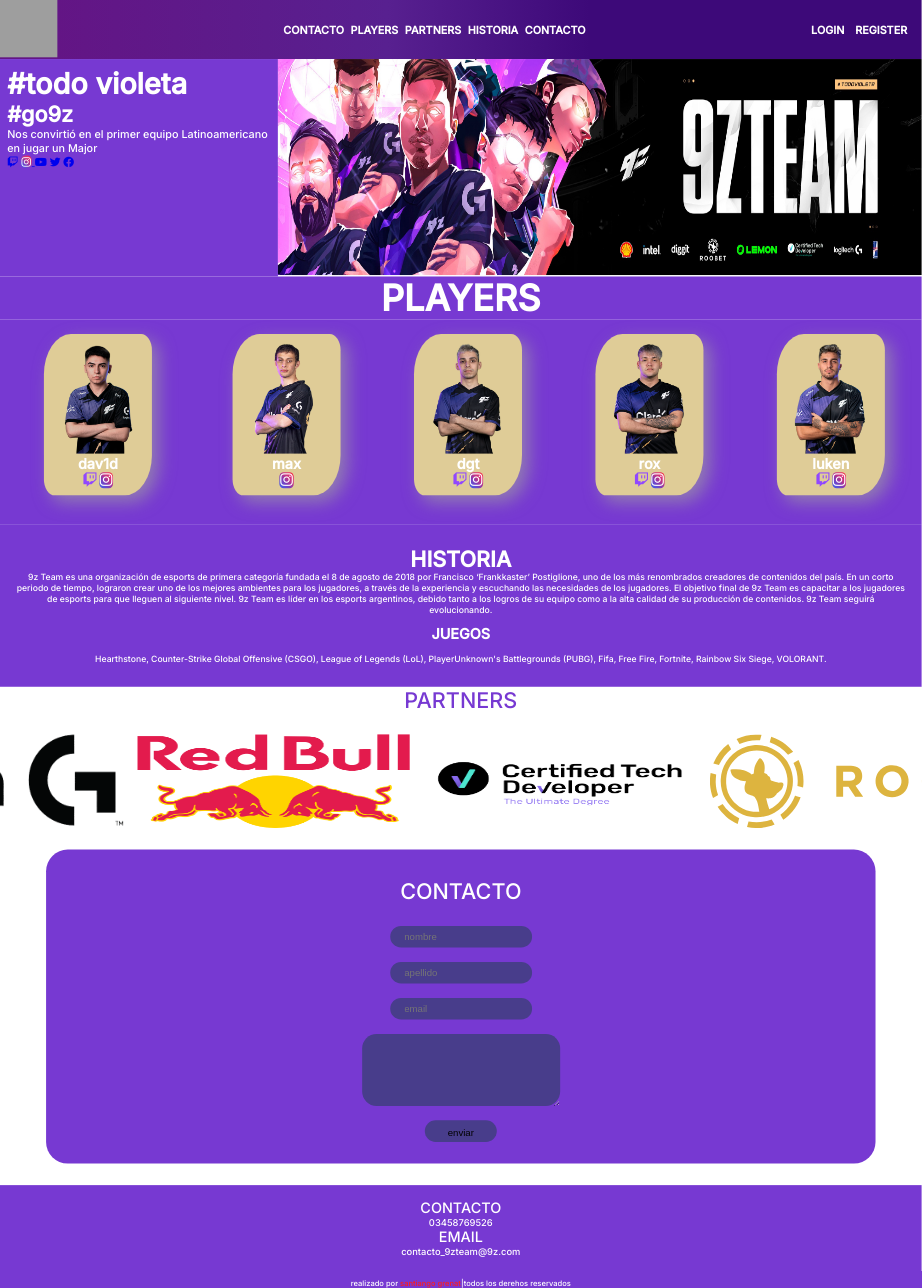
Repository: santig20/trabajo-practico-integrador-nuncba-html-css-
Page: index.html
These files come from the project's save history. The page is drawn as it stood at one moment and after a run of saves; the edit follows.
The browser window is 1280 px wide. The pictures show the whole page, at 72% of full size.
Pictures or frames that could not be fetched are drawn as grey boxes. Some web libraries are served in a nearby version.

Above is the page before, as saved 2022-06-25 10:13:08.

### index.html
<!DOCTYPE html>
<html lang="es">
  <head>
    <meta charset="UTF-8" />
    <meta http-equiv="X-UA-Compatible" content="IE=edge" />
    <meta name="viewport" content="width=device-width, initial-scale=1.0" />
    <link rel="stylesheet" href="./style.css" />
    <link rel="shortcut icon" href="./assets/9zteam_logo - copia.ico" type="image/x-icon">
    <link
    rel="stylesheet"
    href="./table.css"
    media="screen and (min-width: 600px)"
  />
  <link
    rel="stylesheet"
    href="./desktop.css"
    media="screen and (min-width: 800px)"
  />
    <link rel="stylesheet" href="path/to/font-awesome/css/font-awesome.min.css">
    <link rel="stylesheet" href="https://use.fontawesome.com/releases/v5.0.7/css/all.css">
    <link rel="stylesheet" href="https://cdnjs.cloudflare.com/ajax/libs/font-awesome/6.1.1/css/all.min.css" integrity="sha512-KfkfwYDsLkIlwQp6LFnl8zNdLGxu9YAA1QvwINks4PhcElQSvqcyVLLD9aMhXd13uQjoXtEKNosOWaZqXgel0g==" crossorigin="anonymous" referrerpolicy="no-referrer" class="__web-inspector-hide-shortcut__">
    <link rel="preconnect" href="https://fonts.googleapis.com">
<link rel="preconnect" href="https://fonts.gstatic.com" crossorigin>
<link href="https://fonts.googleapis.com/css2?family=Inter:wght@300;500&family=Work+Sans:wght@400;500;700&display=swap" rel="stylesheet">
    <title>9Z TEAM</title>
  </head>
  <body>
    <!--👉 Debe contener un navbar que navegue las diversas secciones de la web.
    👉 Debe contener una portada alusiva a la temática de nuestra app.
    👉 Una sección de imágenes.
    👉 Una sección de contacto.
    👉 Un footer.
    👉 Una página para loguearse.
    👉 Una página para registrarse.
    👉 Ser responsive.
    👉 Estar deployado en vercel.  -->

    <header>
      <div class="img_header">
        <img src="./assets/9zteam_logo.png" alt="" />
      </div>
      <nav>
        <div class="navmain" id="menu" >
          <ul>
            <li> <a href="">contacto</a></li>
            <li><a href=""> Players</a></li>
            <li><a href="">Partners</a></li>
            <li><a href="">historia</a></li>
            <li><a href="">contacto</a></li>
          </ul>
        </div>
           </nav>
        <div class="registro_container">
          <ul>
          <li><a href="./registro.html">login </a></li>
         <li><a href="./registro.html">register </a></li>
        </ul>
        </div>


    </header>

    <main>
      <section class="hero_section">
        <div class="texto_hero">
          <h1>#todo violeta</h1>
          <h2>#go9z</h2>
          <p>
           Nos  convirtió en el primer equipo Latinoamericano en jugar un Major
          </p>
          <div class="redes">
            <a href="https://www.twitch.tv/9zteam"><i class="fa-brands fa-twitch" target="_blank" ></i></a>
            <a href="https://www.instagram.com/9zteam/?hl=es-la"  target="_blank"><i class="fa-brands fa-instagram" id="instagram"></i> </a>
<a href="https://www.youtube.com/c/9zTeam"><i class="fa-brands fa-youtube"></i></a>
<a href="https://twitter.com/9zTeam"><i class="fa-brands fa-twitter"></i></a>
<a href="https://www.facebook.com/9zteam"> <i class="fa-brands fa-facebook"></i></a>
          </div>
        </div>
        <div class="img_hero">
          <img src="./assets/fondo9z.jpg" alt="" />
        </div>


      </section>
      <section class="players">
        <div class="texto_players">
             <span>
              players
             </span>
          </div>
        <div class="player_container">

 <div class="player_david">
  <img src="./assets/david.png" alt="">
  <p>dav1d</p>
  <a href="https://www.twitch.tv/dav1dcs1"><i class="fa-brands fa-twitch" target="_blank" ></i></a>
  <a href="https://www.instagram.com/dav1dcs1/"  target="_blank"><i class="fa-brands fa-instagram" id="instagram"></i> </a>
     </div>
 <div class="player_max">
<img src="./assets/max.png" alt="">
<p>
    max
</p>
<a href="https://www.instagram.com/maxgzez/"  target="_blank"><i class="fa-brands fa-instagram " id="instagram"></i> </a>

 </div>
 <div class="player_dgt">
<img src="./assets/dgt.png" alt="">
<p>
    dgt
</p>
<a href="https://www.twitch.tv/dgtcsgo"><i class="fa-brands fa-twitch" target="_blank" ></i></a>
<a href="https://www.instagram.com/franmanu_/"  target="_blank"><i class="fa-brands fa-instagram" id="instagram"></i> </a>

 </div>
 <div class="player_rox">
<img src="./assets/rox.png" alt="">
<p>
    rox
</p>
<a href="https://www.twitch.tv/roxcsgo1"><i class="fa-brands fa-twitch" target="_blank" ></i></a>
<a href="https://www.instagram.com/_molinamartin"  target="_blank"><i class="fa-brands fa-instagram " id="instagram"></i> </a>

 </div>
 <div class="player_luken">

<img src="./assets/luken.png" alt="">

 <p>luken</p>
<a href="https://www.twitch.tv/luken"><i class="fa-brands fa-twitch" target="_blank" ></i></a>
<a href="https://www.instagram.com/lucanadotti/"  target="_blank"><i class="fa-brands fa-instagram" id="instagram"></i> </a>

 </div>

        </div>

      </section>
      <section class="history">
        <div class="historia_content">
<h3>
    historia
</h3>
 <p>
    9z Team es una organización de esports de primera categoría fundada el 8 de agosto de 2018 por Francisco ‘Frankkaster’ Postiglione, uno de los más renombrados creadores de contenidos del país. En un corto periodo de tiempo, lograron crear uno de los mejores ambientes para los jugadores, a través de la experiencia y escuchando las necesidades de los jugadores. El objetivo final de 9z Team es capacitar a los jugadores de esports para que lleguen al siguiente nivel. 9z Team es líder en los esports argentinos, debido tanto a los logros de su equipo como a la alta calidad de su producción de contenidos. 9z Team seguirá evolucionando.
 </p>

               <h4>juegos </h4>
               <p>Hearthstone, Counter-Strike Global Offensive (CSGO), League of Legends (LoL), PlayerUnknown's Battlegrounds (PUBG), Fifa, Free Fire, Fortnite, Rainbow Six Siege, VOLORANT.</p>
</div>
      </section>
      <section class="partners">
       <p> partners</p>
<div class="fotos">
  <figure>
    <img src="./assets/images-removebg-preview.png" alt="">
    <img src="./assets/lemon.png" alt="">
    <img src="./assets/logitech-removebg-preview.png" alt="">
    <img src="./assets/red-bull-logo-2-1-removebg-preview.png" alt="">
    <img src="./assets/CTD-removebg-preview.png" alt="">
    <img src="./assets/roobet.svg" alt="">
    <img src="./assets/289-removebg-preview.png" alt="">
    <img src="./assets/Logo-Shell-removebg-preview.png" alt="">
    <img src="./assets/images-removebg-preview.png" alt="">
    </figure>
</div>
      </section>
      <section class="contacto">

    <p>
      contacto
    </p>
<form class="contacto_container"action="">
  <input type="text" placeholder="nombre">
  <input type="text" placeholder="apellido">
  <input type="text" placeholder="email">
  <textarea name="" id="" cols="30" rows="10"></textarea>
 <button type="submit"> enviar</button>
</form>


      </section>
    </main>

    <footer>
      <div class="footer_text">
     <span>
      contacto
     </span>
     <p>
      03458769526
     </p>
     <span>
      email
     </span>
     <p>
      contacto_9zteam@9z.com
     </p>
      </div>
     <p class="programador">
      realizado por  <a href="https://www.instagram.com/santigrenat/"> santiango grenat</a>|todos los derehos reservados
     </p>
    </footer>

  </body>
</html>

### style.css
* {
    padding: 0;
    margin: 0;
    box-sizing: border-box;
}
html {
    font-size: 62.5%;
    list-style: none;
    text-decoration: none;
    font-family: 'inter';

}

 /* inico header*/
header {
    display: flex;
    background: rgb(99,21,133);
    background: linear-gradient(90deg, rgba(99,21,133,1) 6%, rgba(88,32,144,1) 42%, rgba(61,9,121,1) 64%);
    height: 100%;
 justify-content: space-between;
align-items: center;
}
.img_header img{

    height: 8rem;
    width: 8rem;
}
.navmain{
 display: none;
}

.registro_container ul {
 display: flex;
font-size:2rem;
gap:1.5rem;
padding-right: 2rem;


}
.registro_container ul li{
    list-style: none;

}
.registro_container ul li a{
  text-decoration: none;
    text-transform: uppercase;
    color: white;
    font-weight: 600;

}
.registro_container ul li  :hover {
    background-color: #7739d2;
    padding:.4rem;
    border-radius: 1rem;
    cursor: pointer;
}

/*hero section*/

.texto_hero {
    display: none;
}
.img_hero img {
 width:100%;
}

/*player section */
.player_container{
    display: flex;
    flex-direction:column ;
    justify-content: center;
    align-items: center;
    text-align: center;
    background: #7739d2;
}
.texto_players{
    background-color: #7739d2;
    text-align: center;
}
.texto_players span {
     font-size: 5rem;
     font-weight: 700;
     text-transform: uppercase;
     color: white;
    padding: 2rem 0;


}
.player_container p {
    font-size: 2rem;
    font-weight: 700;
    color: white;
}

.player_container img{
    width: 15rem;
}

.player_david {
    background-color: #dfcc97;
    padding: 1rem 0;
    margin: 2rem 0;
    border-radius: 25% 10%;
    box-shadow: 9px 9px 24px 0px rgba(161,161,161,0.66);
-webkit-box-shadow: 9px 9px 24px 0px rgba(161,161,161,0.66);
-moz-box-shadow: 9px 9px 24px 0px rgba(161,161,161,0.66);
}

.player_david  :hover {
    transform: scale(1.1);
    text-transform: uppercase;
}
.player_david i {
    font-size: 2rem;
    color: #9147ff;
}

#instagram {
   color:white;
    background:linear-gradient(45deg, #405de6, #5851db, #833ab4, #c13584, #e1306c, #fd1d1d);
padding: .1rem;
border-radius: .6rem;
}

.player_max{
    background-color: #dfcc97;
    padding: 1rem 0;
    margin: 2rem 0;
    border-radius: 25% 10%;
    box-shadow: 9px 9px 24px 0px rgba(161,161,161,0.66);
-webkit-box-shadow: 9px 9px 24px 0px rgba(161,161,161,0.66);
-moz-box-shadow: 9px 9px 24px 0px rgba(161,161,161,0.66);
}
.player_max :hover {
    transform: scale(1.1);
    text-transform: uppercase;
}
.player_max i {
    font-size: 2rem;

}


.player_dgt{
    background-color: #dfcc97;
    padding: 1rem 0;
    margin: 2rem 0;
    border-radius: 25% 10%;
    box-shadow: 9px 9px 24px 0px rgba(161,161,161,0.66);
-webkit-box-shadow: 9px 9px 24px 0px rgba(161,161,161,0.66);
-moz-box-shadow: 9px 9px 24px 0px rgba(161,161,161,0.66);
}
.player_dgt :hover {
    transform: scale(1.1);
    text-transform: uppercase;
}
.player_dgt i {
    font-size: 2rem;
    color: #9147ff;
}

.player_rox{
    background-color: #dfcc97;
    padding: 1rem 0;
    margin: 2rem 0;
    border-radius: 25% 10%;
    box-shadow: 9px 9px 24px 0px rgba(161,161,161,0.66);
-webkit-box-shadow: 9px 9px 24px 0px rgba(161,161,161,0.66);
-moz-box-shadow: 9px 9px 24px 0px rgba(161,161,161,0.66);
}
.player_rox i {
    font-size: 2rem;
    color: #9147ff;
}

.player_rox  :hover {
    transform: scale(1.1);
    text-transform: uppercase;
}




.player_luken{
    background-color: #dfcc97;
    padding: 1rem 0;
    margin: 2rem 0;
    border-radius: 25% 10%;
    box-shadow: 9px 9px 24px 0px rgba(161,161,161,0.66);
-webkit-box-shadow: 9px 9px 24px 0px rgba(161,161,161,0.66);
-moz-box-shadow: 9px 9px 24px 0px rgba(161,161,161,0.66);
}
.player_luken  :hover {
    transform: scale(1.1);
    text-transform: uppercase;
}
.player_luken i {
    font-size: 2rem;
    color: #9147ff;
}

/* section historia   */

.historia_content {
    display: flex ;
    flex-direction: column;
    justify-content: center;
    align-items: center;
    text-align: center;
    padding: 3rem  2rem;
    background-color:#7739d2 ;
}
.historia_content h3 {
    font-size: 3rem;
  font-weight: 700;
  color: white;
  text-transform: uppercase;
}
.historia_content h4 {
    font-size: 2rem;
  font-weight: 700;
  color: white;
  text-transform: uppercase;
  padding: 1.5rem 0;
}
.historia_content p{
font-size: 1.2rem;
color: white;

}



/* partners section */
.partners p {
text-align: center;
font-size: 3rem;
text-transform: uppercase;

color: #7739d2;
border-top: 0.1rem solid;
}
.fotos{
    overflow: hidden;
    margin:2rem 0;
}
.fotos figure {
    display: flex;
    position:relative ;
    left: 0;
    animation: 20s fotos infinite alternate  ;
    width:300%;
  height: 15rem;


}

.fotos figure img {
    width: 14.3%;
  padding:1rem 0 ;

  margin: 0 1rem;
}

@keyframes fotos {
    0%{
        left: -25;
    }

    5%{
        left: -25;
    }

   14.3%{
        left: -50;
    }
    21.5% {
        left: -50%;
    }

   28.6%{
       left: -100%;
    }

    35.75%{
        left: -100%;
    }

    42.9%{
        left:-150%;
    }

   50.05% {
        left : -150%;
    }

   57.2% {
        left: -200%;
    }
  64.35% {
        left: -200%;
    }
  71.5% {
        left: -250%;
    }

    78.65% {
        left: -250%;
    }

   85.8% {
        left: -300%;
    }

   92.9% {
        left: -300%;
    }
    100% {
        left: -300%;
    }

}
/*section contacto*/
.contacto {
    background-color: #7739d2;
    padding: 2rem 0;
    border-radius: 3rem;
    width: 90%;
    margin: 0 auto;
}


.contacto  p {
    font-size: 3rem;
   text-align: center;
 text-transform: uppercase;
 margin: 2rem 0;
 color :white;
}
.contacto_container  {
     display: flex;
     flex-direction: column;
     justify-content: center;
     align-content: center;
     align-items: center;

}
.contacto_container input {
    height: 3rem;
    border-style: none;
    margin:1rem 0;
    border-radius: 2rem;
    padding-left: 2rem;
    background-color: darkslateblue;

}
.contacto_container textarea {
    height:10rem;
    border-style: none;
    margin:1rem 0;
    border-radius: 2rem;
    padding: 1rem;
    background-color: darkslateblue;
}
.contacto_container button {
      width: 10rem;
      height: 3rem;
      border-style: none;
    margin:1rem 0;
    border-radius: 2rem;
    padding: 1rem;
    background-color: darkslateblue;
}
.contacto_container button :hover {
    background-color: rgb(61, 40, 193);
}
/*section  footer*/
footer {
padding-top: 2rem;
    text-align: center;
    margin-top: 3rem;
    width: 100%;
 background-color: #7739d2;
}

.footer_text p {
color :white;
font-size: 1.3rem;
}
.footer_text span {
    color :white;
    font-size: 2rem;
    text-transform: uppercase;
    }

    .programador{
        color:white;
        padding-top: 3rem;
        font-size: 1.05rem;
    }
    .programador a {
        color: #fd1d1d;
        text-decoration: none;
    }

### table.css

header {
  justify-content: space-between;
}



.navmain {

    display: flex;
}
.navmain ul {

    display: flex;
    font-size:1.3rem;
gap:.9rem;
}
.navmain ul li {
list-style: none;
}
.navmain ul li a{
    text-decoration: none;
    text-transform: uppercase;
    color: white;
    font-weight: 600;

}
.navmain ul li   :hover {
    background-color: #7739d2;
    padding:.4rem;
    border-radius: 1rem;
    cursor: pointer;
}

.registro_container ul {

   font-size:1.3rem;

   }

   .player_container {

   flex-direction: row;
   justify-content: space-around;
  flex-wrap: wrap;
padding-bottom: 2rem;
   }
   .player_david {
    margin: 0 1rem;
   }


   .fotos figure img {
    width: 25%;

}

@keyframes fotos {
    0%{
        left: -25;
    }

    5%{
        left: -25;
    }

   14.3%{
        left: -50;
    }
    21.5% {
        left: -50%;
    }

   28.6%{
       left: -100%;
    }

    35.75%{
        left: -100%;
    }

    42.9%{
        left:-150%;
    }

   50.05% {
        left : -150%;
    }

   57.2% {
        left: -200%;
    }
  64.35% {
        left: -200%;
    }
  71.5% {
        left: -250%;
    }

    78.65% {
        left: -250%;
    }

   85.8% {
        left: -300%;
    }

   92.9% {
        left: -300%;
    }
    100% {
        left: -300%;
    }
}

### desktop.css
.registro_container ul {

    font-size:1.5rem;

    }

    .navmain ul {

        display: flex;
        font-size:1.5rem;
    gap:.9rem;
    }

    .hero_section {
        display: flex;
    }

    .texto_hero {
        display: flex;
        flex-direction: column;
        padding:1rem   ;
        background-color:#7739d2 ;
        color: white;
    }
    .texto_hero h1{
        font-size: 4rem
    }

    .texto_hero h2 {
        font-size: 3rem
    }
    .texto_hero {
        font-size: 1.5rem;
    }

    .img_hero img{
      height: 30rem;
    }

After the next 2 saves:
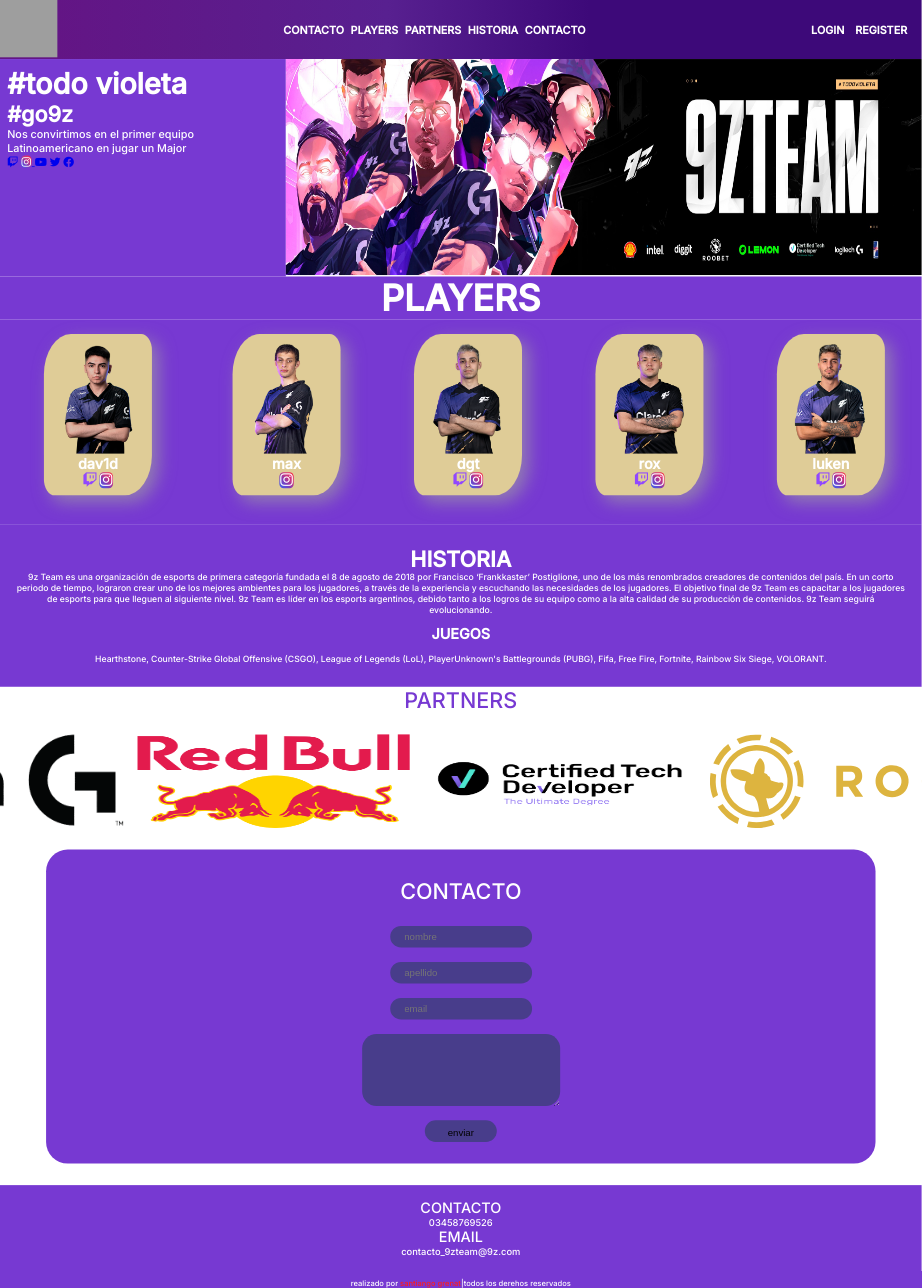
The 2 saves are shown as one change because they came seconds apart.
The last was saved 5 s later.
--- a/index.html
+++ b/index.html
@@ -66,7 +66,7 @@
           <h1>#todo violeta</h1>
           <h2>#go9z</h2>
           <p>
-           Nos  convirtió en el primer equipo Latinoamericano en jugar un Major
+           Nos  convirtimos en el primer equipo Latinoamericano en jugar un Major
           </p>
           <div class="redes">
             <a href="https://www.twitch.tv/9zteam"><i class="fa-brands fa-twitch" target="_blank" ></i></a>
